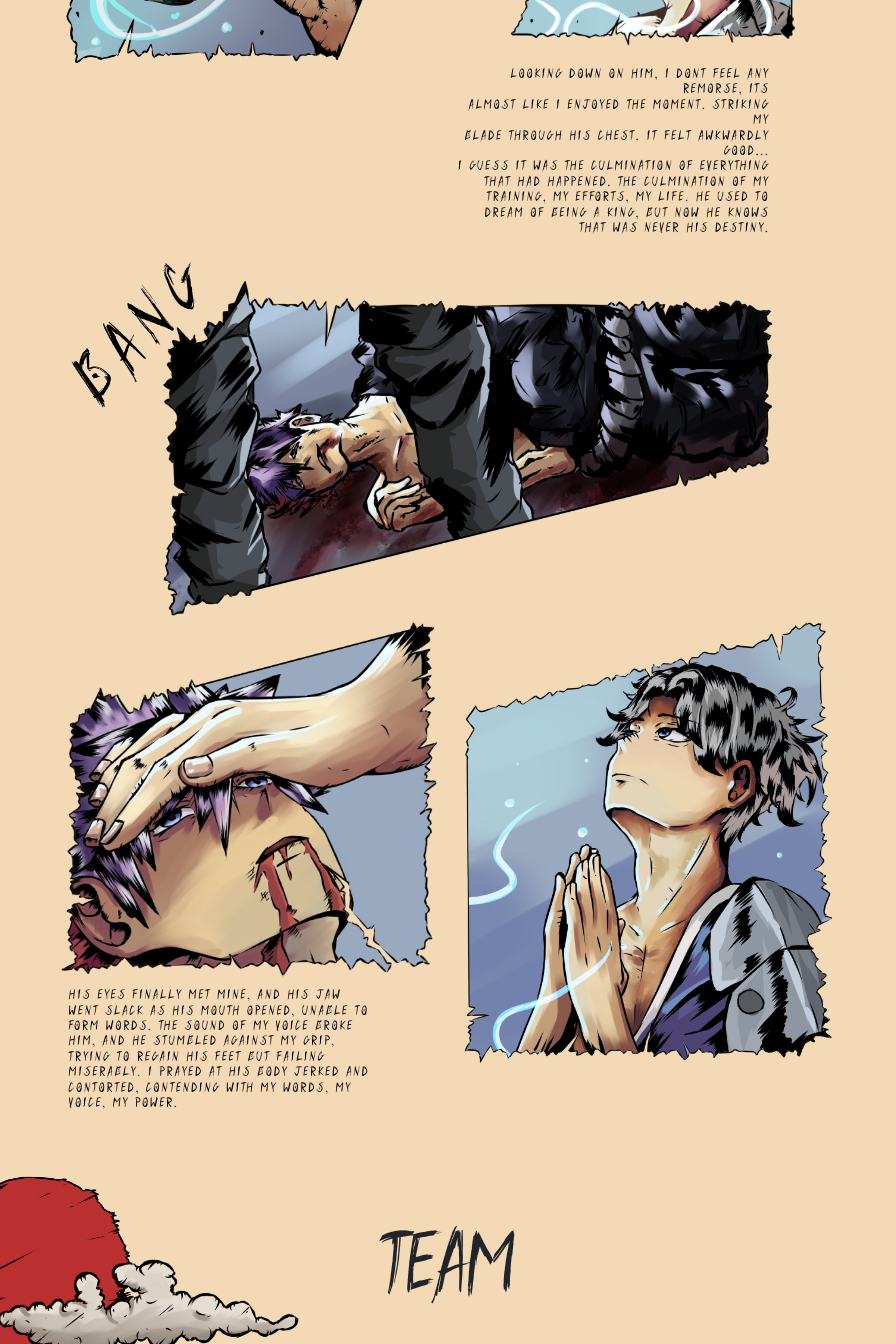
Repository: abzStudio/Kabuto-Web-notCompeleted
Page: index.html
An editor plug-in stored every save of this project. The page is shown before and after a run of saves, followed by the edit.
The browser window is 1280 px wide. The pictures show the part of the page from y = 1436 to 3356 px (the page is 4763 px tall before and 4785 px after), at 70% of full size.
Some web libraries are served in a nearby version.

Above is the page before, as saved 2023-03-16 03:04:53.

### index.html
<!doctype html>
<html lang="en">
  <head>
    <meta charset="utf-8">
    <meta name="viewport" content="width=device-width, initial-scale=1">
    <title>kabuto</title>
    <link rel="icon" type="image/x-icon" href="asset/images/favicon.ico">
    <link rel="stylesheet" href="asset/style.css">
    <link href="https://cdn.jsdelivr.net/npm/bootstrap@5.2.3/dist/css/bootstrap.min.css" rel="stylesheet" integrity="sha384-rbsA2VBKQhggwzxH7pPCaAqO46MgnOM80zW1RWuH61DGLwZJEdK2Kadq2F9CUG65" crossorigin="anonymous">
  <meta http-equiv="Content-Security-Policy" content="block-all-mixed-content">
  </head>

  <body><script src="https://code.jquery.com/jquery-1.10.1.min.js"></script>

    <script src="https://cdn.jsdelivr.net/npm/bootstrap@5.2.3/dist/js/bootstrap.bundle.min.js" integrity="sha384-kenU1KFdBIe4zVF0s0G1M5b4hcpxyD9F7jL+jjXkk+Q2h455rYXK/7HAuoJl+0I4" crossorigin="anonymous"></script>
<!-- New Nav Bar -->
<button class="toggle-overlay menu-btn"></button>
<aside>
    <div class="outer-close toggle-overlay">
      <a class="close"><span></span></a>
    </div>

    <nav>
        <div id="pot">  <img src="asset/images/heroimage.png" class="menu_img fade-lefts" alt="cloud"></div>
        <div class="social_icons">
            <ul class="icons_ul">
               <li><a href= ""><img href= "" src="asset/images/icons/discord.png" class="iconset" alt="icon"></a></li>
              <li><a href= "https://twitter.com/KabutoNFT"><img src="asset/images/icons/twitter.png" class="iconset" alt="icon"></a></li>
          <!--
                <li><img href= "" src="asset/images/icons/opensea.png" class="iconset" alt="icon"></li>
                <li><img href= "" src="asset/images/icons/blur.png" class="iconset" alt="icon"></li>
                <li><img href= "" src="asset/images/icons/discord.png" class="iconset" alt="icon"></li>
                <li><img href= "" src="asset/images/icons/looks.png" class="iconset" alt="icon"></li>
                <li><img href= "" src="asset/images/icons/first.png" class="iconset" alt="icon"></li>
                <li><img href= "" src="asset/images/icons/twitter.png" class="iconset" alt="icon"></li>
                <li><img href= "" src="asset/images/icons/web.png" class="iconset" alt="icon"></li>
                <li><img href= "" src="asset/images/icons/x2y2.png" class="iconset" alt="icon"></li>
                <li><img href= "" src="asset/images/icons/etherscan.png" class="iconset" alt="icon"></li>   -->
            </ul>
        </div>
        <ul class="pointshead">
            <li><a class="js-anchor-link down" href="#story_section">- Story</a></li>
            <li><a class="js-anchor-link down" href="#team_section">- Team</a></li>
            <li><a class="js-anchor-link down" href="#">- Mint</a></li>
            <li><a class="js-anchor-link down" href="#footer_section">- Useful Links</a></li>
      </ul>
    </nav>
  </aside>
<!-- end -->

    <section class="hero-section sec_ani">
    <div class="container-fluid reveal">
        <div class="row">
            <div class="col-md-12 hero_col">
                <!-- <button type="button" class="btn btn-infos btn_custom">Utility</button> -->
            </div>
        </div>
    </div>
</section>
<section id="story_section" class="section_story text-center sec_ani">
    <div class="container-fluid">
        <div class="row reveal fade-top">
            <div class="col-md-4 iamge_ad">
                <img src="asset/images/cloud.png" class="cloud_c" alt="cloud">
            </div>
            <div class="col-md-4 story_col end_col">
                <h1 class="">Story</h1>
            </div>
            <div class="col-md-4 iamge_ad">
                <img src="asset/images/tree.png" class="tree_c" alt="trees">
            </div>
            </div>
            </div>
            <div class="container container_stry">
            <div class="row row_story_end reveal fade-bottom adj_row ">
            <div class="col-md-6 story_img">
                <img src="asset/images/story_1.png" alt="Story one">
            </div>
            <div class="col-md-6 story_img">
                <img src="asset/images/story_2.png" class="story_two" alt="Story two">
              <div class="div_text">
                          <p class="text_p"> Looking down on him, I dont feel any remorse, its <br/>almost like I enjoyed the moment. Striking my <br/>blade through his chest. It felt awkwardly good...<br/> I guess it was the culmination of everything that had happened. The culmination of my training, my efforts, my life.  He used to dream of being a king, but now he knows that was never his destiny.</p>
</div>
            </div>
        </div>
        <div class="row reveal fade-left" >
            <div class="col-md-12 story_img">
                <img src="asset/images/story_3.png" class="story_three" alt="Story three">
            </div>
            </div>
            <div class="row row_story_end reveal fade-right last_set">
                <div class="col-md-6 story_img">
                    <img src="asset/images/story_4.png" class="image_star" alt="Story four">
                    <div class="div_texts">
                        <p class="text_p">His eyes finally met mine, and his jaw went slack as his mouth opened, unable to form words. The sound of my voice broke him, and he stumbled against my grip, trying to regain his feet but failing miserably. I prayed at  his body jerked and contorted, contending with my words, my voice, my power.</p>
        </div>
                </div>
                <div class="col-md-6 story_img">
                    <img src="asset/images/story_5.png" alt="Story five">

                </div>
            </div>
    </div>
</section>
<section id="team_section" class="section_story text-center sec_ani">
    <div class="container-fluid reveal fade-bottom">
        <div class="row reveal fade-top">
            <div class="col-md-4 iamge_ad">
                <img src="asset/images/suncloud.png" class="cloud_c" alt="cloud">
            </div>
            <div class="col-md-4 story_col teamhead end_col">
                <h1 class="">Team</h1>
            </div>
            <div class="col-md-4 iamge_ad">
            </div>
            </div>
            <div class="row reveal fade-left">
              <div class="contan_images">
                <div class="box">
                  <div class="imgBx">
                    <img src="asset/images/Bileth.png">
                  </div>
                  <div class="content">
                    <div class="contentset">
                      <a href="https://twitter.com/bilethh" target="_blank" rel="noopener noreferrer">          <h2>Bileth</h2> </a>
                      <p>Founder</p>
                    </div>
                  </div>
                </div>
                <div class="box">
                  <div class="imgBx">
                    <img src="asset/images/Budguy.png">
                  </div>
                  <div class="content">
                    <div class="contentset">
                      <a href="https://twitter.com/TRomail" target="_blank" rel="noopener noreferrer">        <h2>Budguy</h2> </a>
                      <p>Co-Founder</p>
                    </div>
                  </div>
                </div>
                <div class="box">
               <div class="imgBx">
                 <img src="asset/images/smshayan.png">
                  </div>
                  <div class="content">
                    <div class="contentset">
                      <a href="https://twitter.com/smshayan_eth" target="_blank" rel="noopener noreferrer">   <h2>Smshayan</h2>  </a>
                      <p>Developer</p>
                    </p>
                    </div>
                  </div>
                </div>

              </div>
                </div>

            </div>



        </section>

      <section id="footer_section" class="section_story text-center sec_ani">
          <div class="container-fluid footer_head">
            <div class="row reveal">
              <div class="col-md-12 iamge_ad">
                  <img src="asset/images/cloudredbg.png" class="cloud_c" alt="cloud">
              </div>
            </div>
        </div>
        <div class="container-fluid footer_head section_footer">
              <div class="row">
                <div class="col-sm-12 col-md-12 col-lg-12">
                  <ul>
                    <li><a class="js-anchor-link" href="#story_section">- Story</a></li>
                    <li><a class="js-anchor-link" href="#team_section">- Team</a></li>
                    <li><a class="js-anchor-link" href="#">- Mint</a></li>
                    <li><a class="js-anchor-link" href="#">- Useful Links</a></li>
              </ul>
                </div>
              </div>
              <div class="row rowicon">
                <div class="col-sm-12 col-md-12 col-lg-12 fend">
                  <div class="social_icons iconmob">
                    <ul class="icons_ul">
                      <li><a href=""><img href= "" src="asset/images/icons/discord.png" class="iconset" alt="icon">
                     </a></li>
                      <li><a href="https://twitter.com/KabutoNFT"><img src="asset/images/icons/twitter.png" class="iconset" alt="icon">
                      </a></li>

                      <!--  <li><img href= "" src="asset/images/icons/opensea.png" class="iconset" alt="icon"></li>
                        <li><img href= "" src="asset/images/icons/blur.png" class="iconset" alt="icon"></li>
                        <li><img href= "" src="asset/images/icons/discord.png" class="iconset" alt="icon"></li>
                        <li><img href= "" src="asset/images/icons/looks.png" class="iconset" alt="icon"></li>
                        <li><img href= "" src="asset/images/icons/first.png" class="iconset" alt="icon"></li>
                        <li><img href= "" src="asset/images/icons/web.png" class="iconset" alt="icon"></li>
                        <li><img href= "" src="asset/images/icons/x2y2.png" class="iconset" alt="icon"></li>
                        <li><img href= "" src="asset/images/icons/etherscan.png" class="iconset" alt="icon"></li> -->
                    </ul>
                </div>

                </div>
              </div>

        </div>
      </section>
</body>

<div class="loader"> <h1>Loading...</h1></div>


<script>
 jQuery($ => {
  $(window).on('load', () => {
    setTimeout(() => {
      $('.loader').fadeOut('fast', function() {
        $(this).remove();
      });
    }, 3000);
  });
});
    function reveal() {
  var reveals = document.querySelectorAll(".reveal");

  for (var i = 0; i < reveals.length; i++) {
    var windowHeight = window.innerHeight;
    var elementTop = reveals[i].getBoundingClientRect().top;
    var elementVisible = 150;

    if (elementTop < windowHeight - elementVisible) {
      reveals[i].classList.add("active");
    } else {
      reveals[i].classList.remove("active");
    }
  }
}

window.addEventListener("scroll", reveal);
$('aside ul li a').on('click', function(){
    $("aside").hide();
    $("aside").removeClass("open");
     $("aside").addClass("open");

});
// $('.js-anchor-link').click(function(e){
//   e.preventDefault();

//   var target = $($(this).attr('href'));
//   if(target.length){
//     var scrollTo = target.offset().top;
//     $('body, html').animate({scrollTop: scrollTo+'px'}, 1000);
//   }
// });
$('.js-anchor-link').click(function(){
  var target = $($(this).attr('href'));
 if(target.length){
  var scrollTo = target.offset().top;
    $("html, body").animate({ scrollTop: scrollTo+'px' }, 3000);
    return false;
  }

});
window.addEventListener("scroll", reveal);
$(function() {
    $('.toggle-overlay').click(function() {
      $('aside').toggleClass('open');
    });
    $('aside nav li a').click(function() {
      $('aside').toggleClass('open');
    });
  });

</script>
</html>

Loaded but not shown: asset/style.css (803 lines, source omitted)

After the next 3 saves:
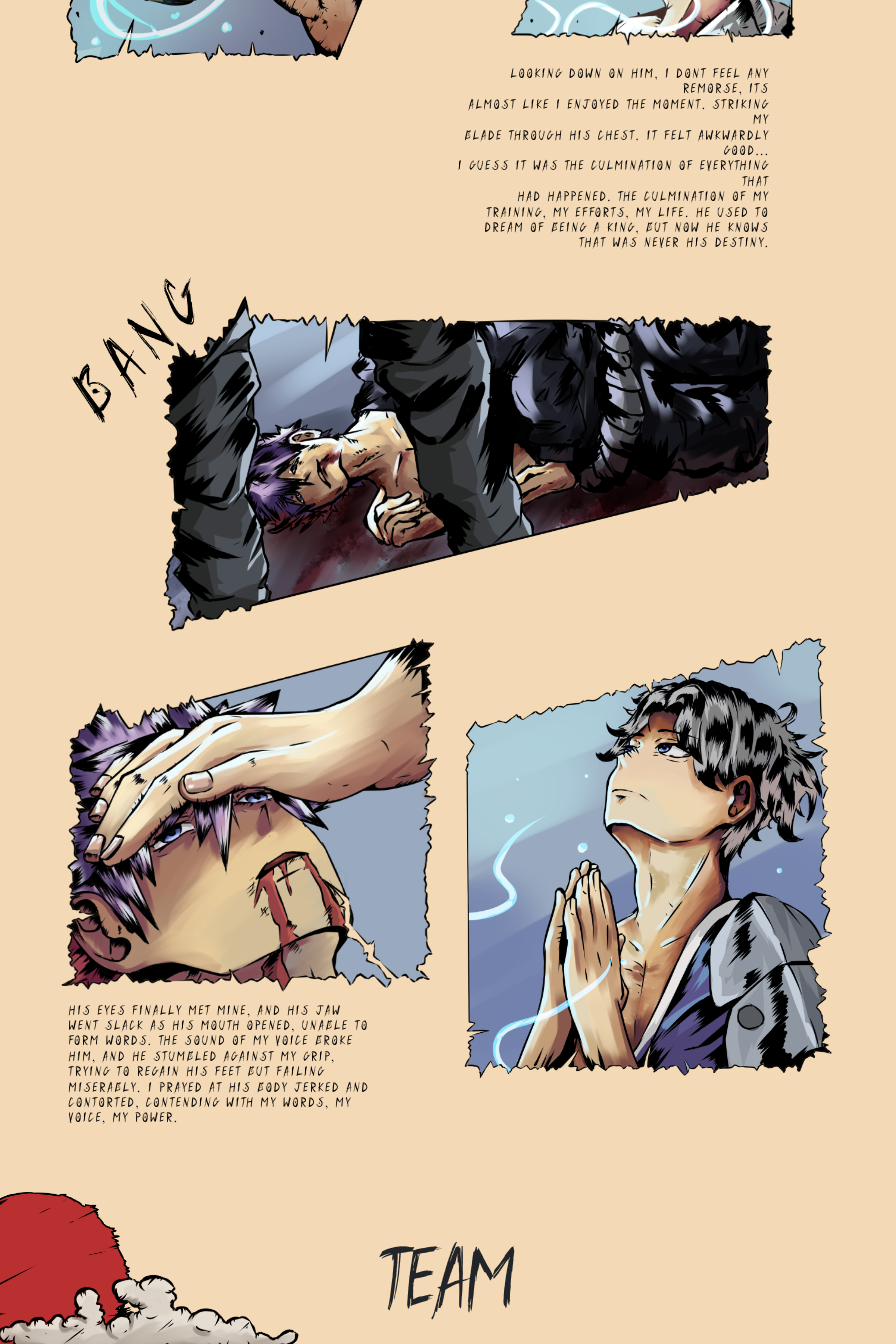
The 3 saves are shown as one change because they came seconds apart.
The last was saved 18 s later.
--- a/index.html
+++ b/index.html
@@ -79,7 +79,8 @@
             <div class="col-md-6 story_img">
                 <img src="asset/images/story_2.png" class="story_two" alt="Story two">
               <div class="div_text">
-                          <p class="text_p"> Looking down on him, I dont feel any remorse, its <br/>almost like I enjoyed the moment. Striking my <br/>blade through his chest. It felt awkwardly good...<br/> I guess it was the culmination of everything that had happened. The culmination of my training, my efforts, my life.  He used to dream of being a king, but now he knows that was never his destiny.</p>
+                          <p class="text_p"> Looking down on him, I dont feel any remorse, its <br/>almost like I enjoyed the moment. Striking my <br/>blade through his chest. It felt awkwardly good...<br/> I guess it was the culmination of everything that <br/>
+                        had happened. The culmination of my training, my efforts, my life.  He used to dream of being a king, but now he knows that was never his destiny.</p>
 </div>
             </div>
         </div>
